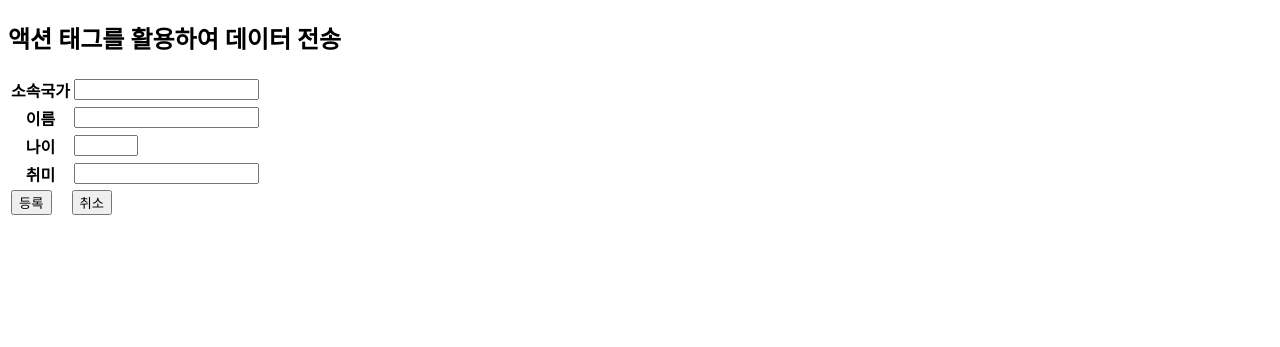
Repository: okgunyang/jsp
Page: http://localhost/practice02/08FormData.jsp
An editor plug-in stored every save of this project. The page is shown before and after the next save, followed by the edit.
The browser window is 1280 px wide. The pictures show the whole page.
The page is served by Tomcat 9.

Above is the page before, as saved 2022-11-10 07:40:15.

After the next save:
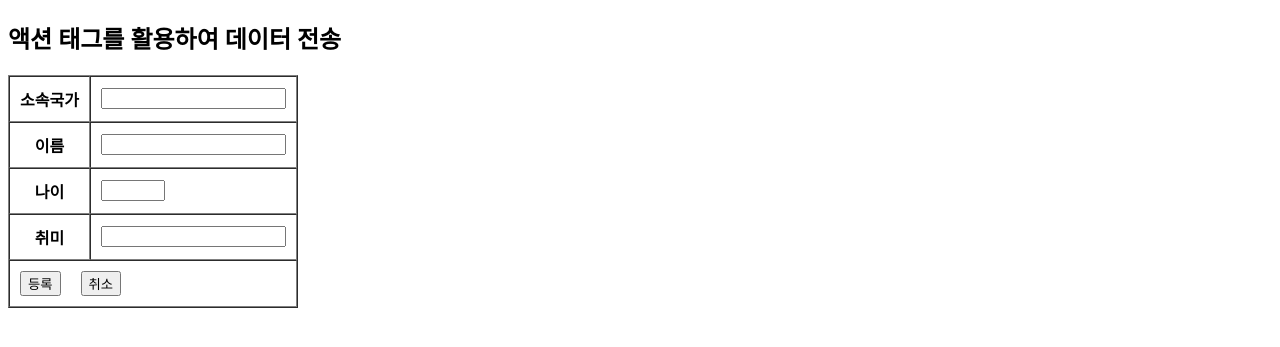
Saved 73 s later.
--- a/practice02/WebContent/08FormData.jsp
+++ b/practice02/WebContent/08FormData.jsp
@@ -9,7 +9,7 @@
 <body>
 <h2>액션 태그를 활용하여 데이터 전송</h2>
 <form action="08GetProperty.jsp">
-	<table class="table">
+	<table class="table" border="1" cellpadding="10" cellspacing="0">
 		<tbody>
 			<tr>
 				<th>소속국가</th>
